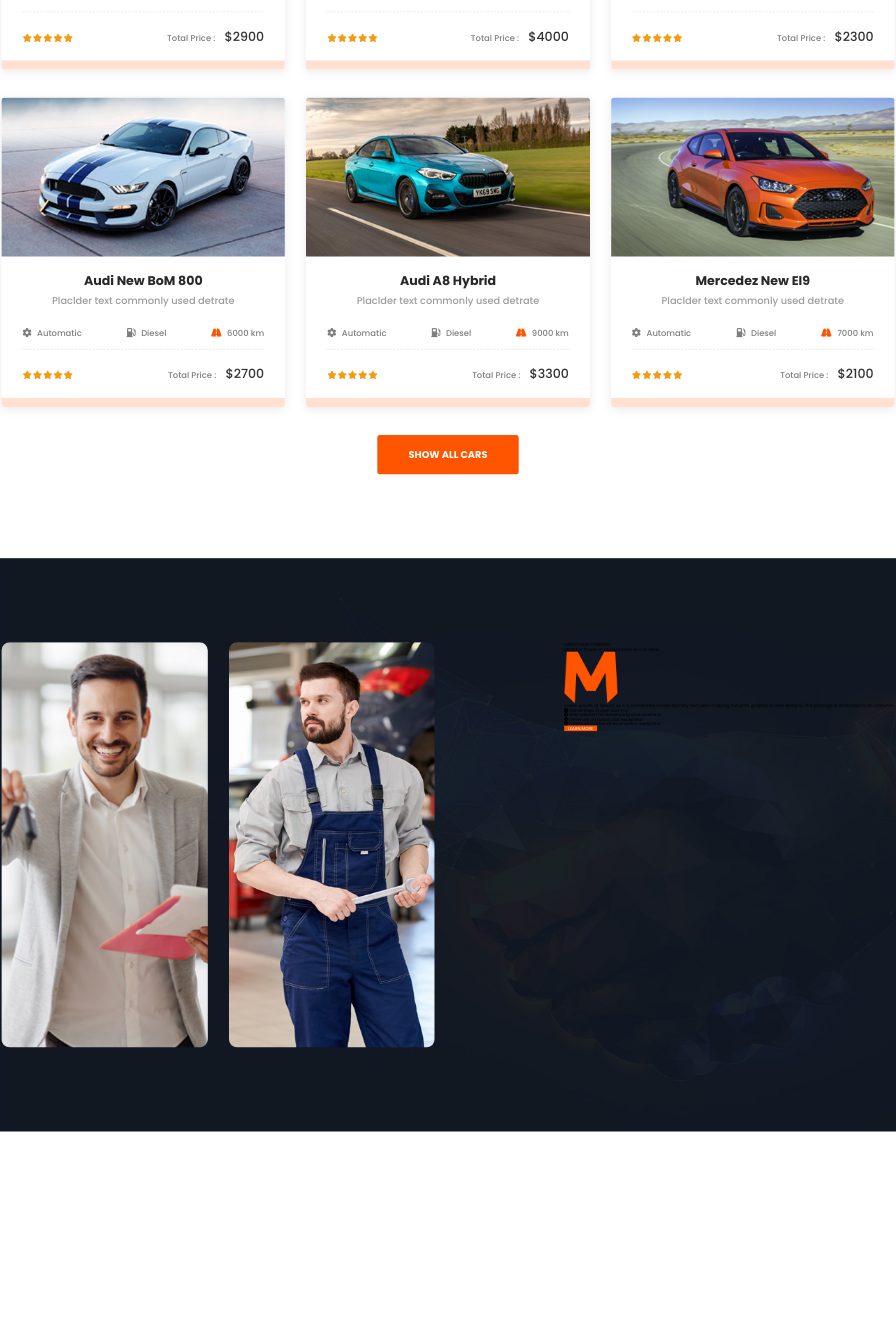
Repository: thanhdinh01/shopcar
Page: index.html
An editor plug-in stored every save of this project. The page is shown before and after the next save, followed by the edit.
The browser window is 1280 px wide. The pictures show the part of the page from y = 2139 to 4059 px (the page is 4055 px tall before and 4059 px after), at 70% of full size.
Some web libraries are served in a nearby version. The style sheet was rebuilt from its Sass, Less or Tailwind sources for each picture, by a compiler version that may differ from the author's.

Above is the page before, as saved 2022-08-17 20:47:56.

After the next save:
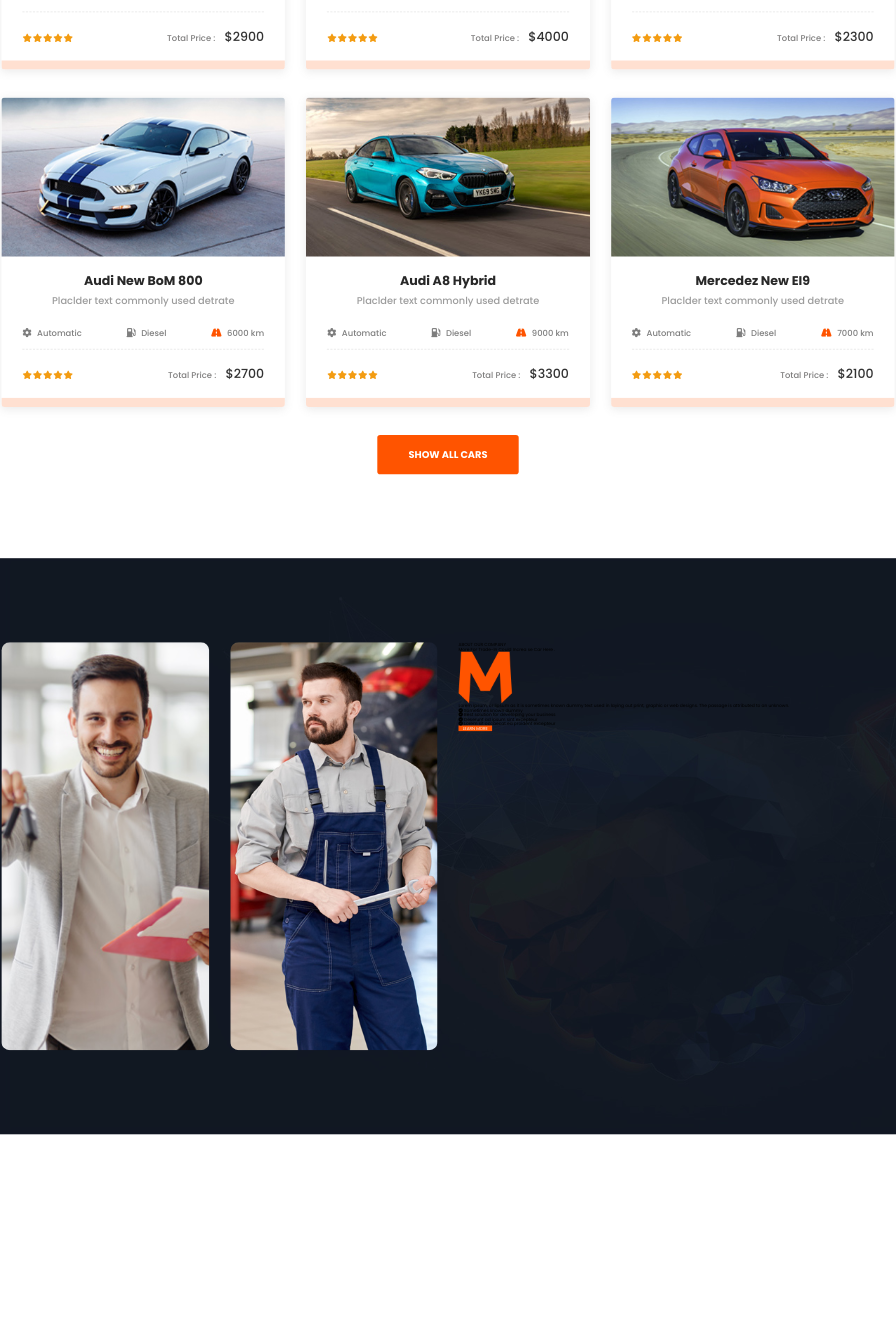
Saved 2 min 35 s later.
--- a/css/_about-area.scss
+++ b/css/_about-area.scss
@@ -6,6 +6,7 @@
     justify-content: space-between;
     gap: 0 30px;
     .about-area-img {
+      flex: 1;
       display: flex;
       gap: 0 30px;
       .img-item {
@@ -18,5 +19,8 @@
         }
       }
     }
+    .about-area-container {
+      flex: 1;
+    }
   }
 }
